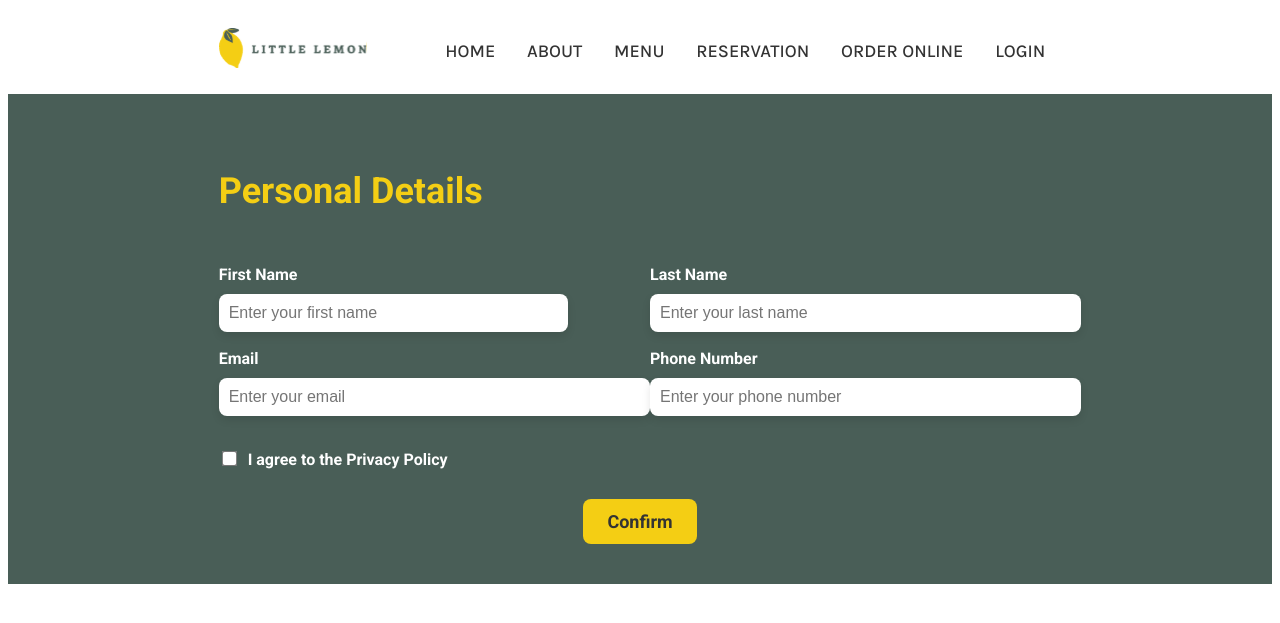
Repository: Yeshwanth-189/little-lemon
Page: /personal-details (app in little-lemon/)
These files come from the project's save history. The page is drawn as it stood at one moment and after the next save; the edit follows.
The browser window is 1280 px wide. The pictures show the whole page.
The project was rebuilt for these pictures with package versions that can differ from the ones it lists, and the page was loaded fresh each time. Also part of the build but not shown: little-lemon/src/index.css, little-lemon/src/components/Hero/Hero.css, little-lemon/src/components/Hero/Hero.jsx, little-lemon/src/components/Specials/Specials.css, little-lemon/src/components/Specials/Specials.jsx, little-lemon/src/components/Testimonials/Testimonials.css, little-lemon/src/components/Testimonials/Testimonials.jsx, little-lemon/src/components/About/About.css and 6 more.

Above is the page before, as saved 2025-04-26 23:43:18.

After the next save:
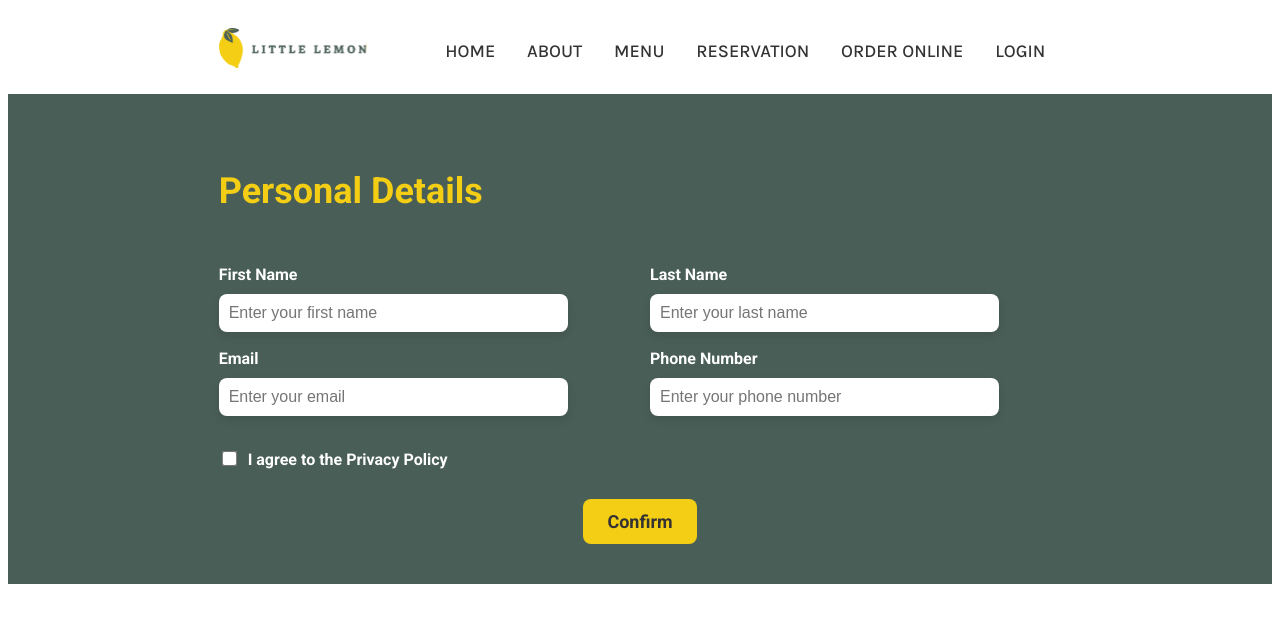
Saved 33 s later.
--- a/little-lemon/src/components/PersonalDetails/PersonalDetails.jsx
+++ b/little-lemon/src/components/PersonalDetails/PersonalDetails.jsx
@@ -63,6 +63,7 @@ function PersonalDetails() {
                     type="text"
                     placeholder="Enter your last name"
                     className="input-field"
+                    style={{ width: "80%" }}
                   />
                   <ErrorMessage
                     name="lastName"
@@ -81,6 +82,7 @@ function PersonalDetails() {
                     type="email"
                     placeholder="Enter your email"
                     className="input-field"
+                    style={{ width: "80%" }}
                   />
                   <ErrorMessage
                     name="email"
@@ -95,6 +97,7 @@ function PersonalDetails() {
                     type="text"
                     placeholder="Enter your phone number"
                     className="input-field"
+                    style={{ width: "80%" }}
                   />
                   <ErrorMessage
                     name="phone"
